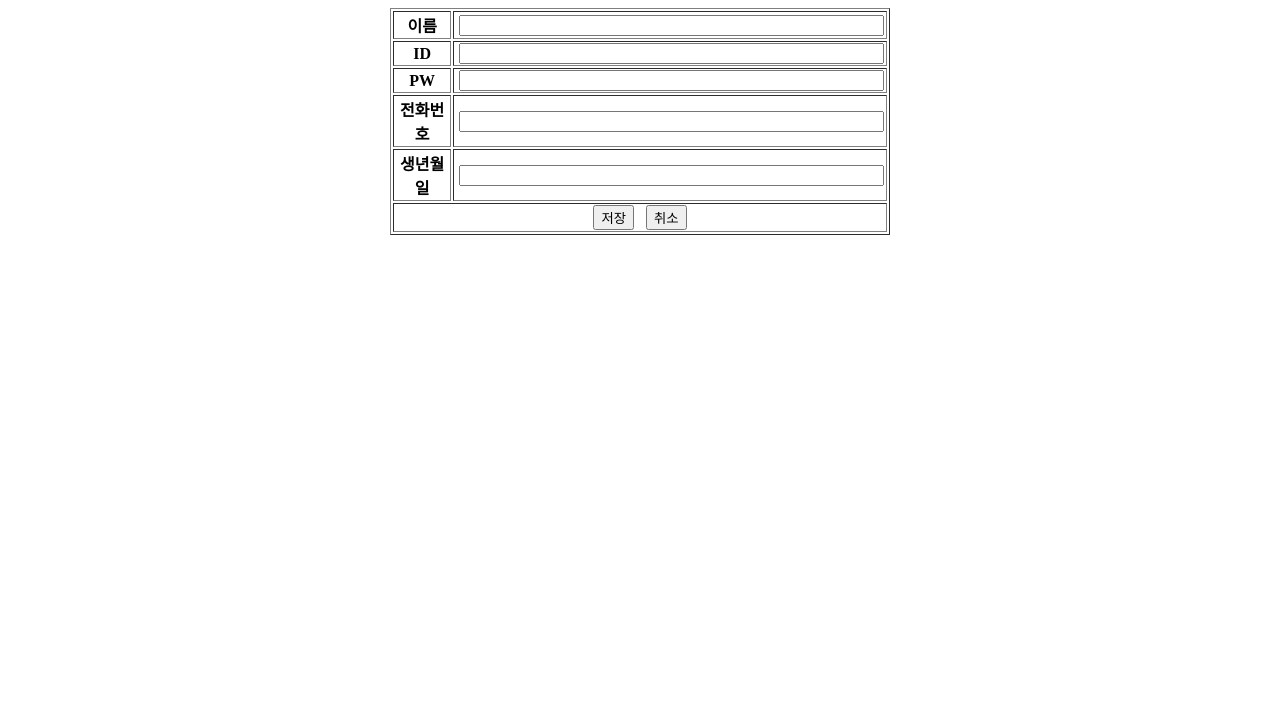
Repository: kwonminsung0/jspStudy
Page: jspStudy/src/main/webapp/join/join.html
These files come from the project's save history. The page is drawn as it stood at one moment and after the next save; the edit follows.
The browser window is 1280 px wide. The pictures show the whole page.

Above is the page before, as saved 2024-12-03 08:15:11.

After the next save:
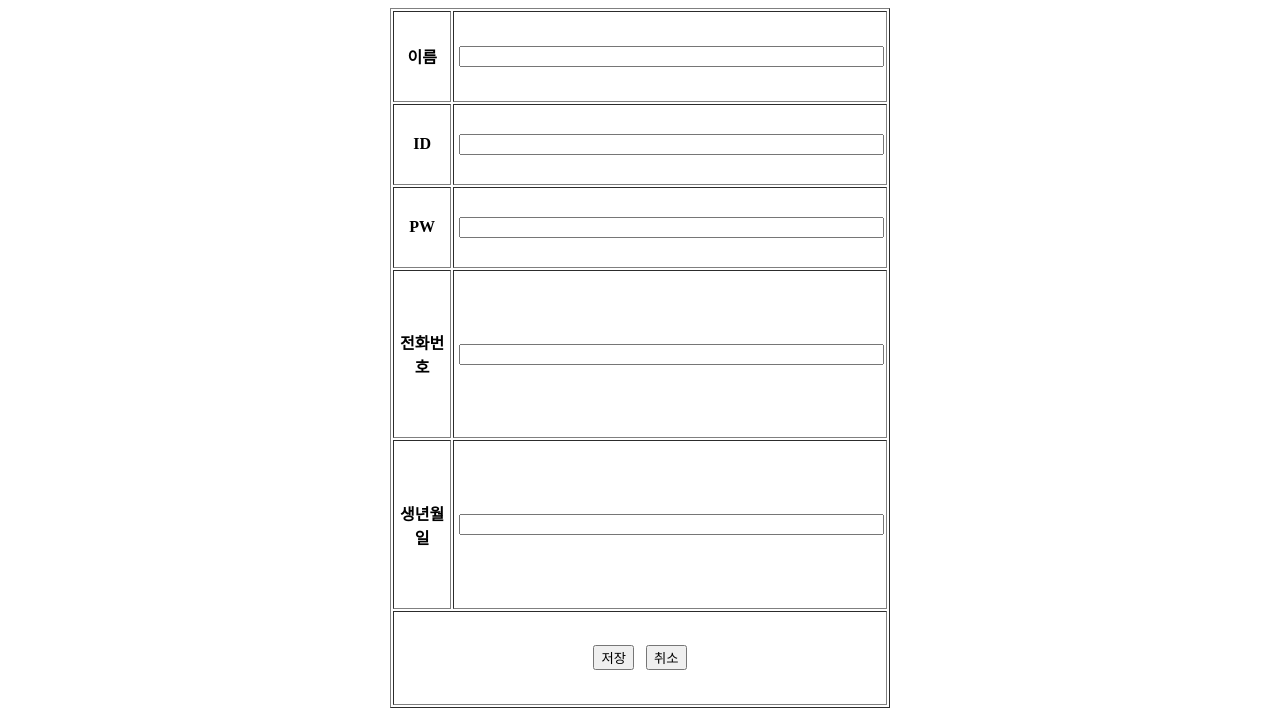
Saved 34 min 49 s later.
--- a/jspStudy/src/main/webapp/join/join.html
+++ b/jspStudy/src/main/webapp/join/join.html
@@ -7,7 +7,7 @@
 </head>
 <body>
 	<form method="post" action="/jspStudy/visitInsert">
-		<table align="center" width="500" border="1">
+		<table align="center" width="500" height="700" border="1">
 			<tr>
 				<th width="70">이름</th>
 				<td width="430">&nbsp;<input type="text" name="writer"
